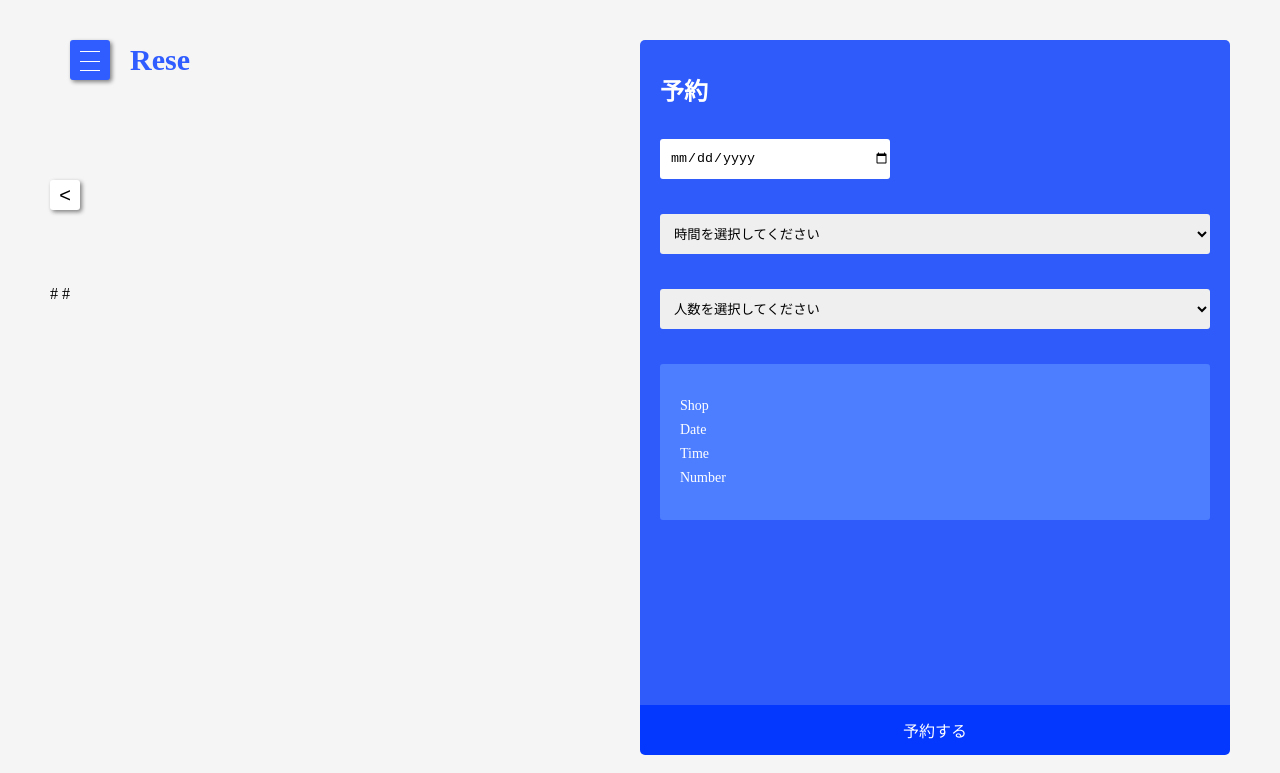
Repository: Haruka-Wada/Rese
Page: src/resources/views/shop_detail.blade.php
The author's editor kept a copy of each file at every save. The page is drawn from the files as they stood at one save, then again after the next save.
The browser window is 1280 px wide. The pictures show the whole page.
The page is served by the project's Laravel application, run on PHP 8.4 with Laravel 8. Other server files are loaded and not shown. The template is opened directly, without the code that normally fills it, so the values that code supplies are empty.

Above is the page before, as saved 2024-11-19 15:16:36.

### src/routes/web.php
<?php

use App\Http\Controllers\ReseController;
use Illuminate\Database\Console\Migrations\ResetCommand;
use Illuminate\Support\Facades\Route;
use SebastianBergmann\GlobalState\Restorer;

/*
|--------------------------------------------------------------------------
| Web Routes
|--------------------------------------------------------------------------
|
| Here is where you can register web routes for your application. These
| routes are loaded by the RouteServiceProvider within a group which
| contains the "web" middleware group. Now create something great!
|
*/

Route::get('/', [ReseController::class, 'index']);
Route::get('/detail/{shop_id?}', [ReseController::class, 'detail']);
Route::get('/search', [ReseController::class, 'search']);

Route::middleware(['verified'])->group(function(){
    Route::middleware('auth')->group(function () {
        Route::get('/thanks', [ReseController::class, 'thanks']);
        Route::get('/mypage', [ReseController::class, 'myPage']);
        Route::post('/favorite', [ReseController::class, 'favorite']);
        Route::post('/reservation', [ReseController::class, 'reservation']);
        Route::get('/done', [ReseController::class, 'done']);
        Route::delete('/delete',[ReseController::class, 'reservationDelete']);
        Route::get('/edit', [ReseController::class, 'reservationEdit']);
        Route::patch('/edit/update', [ReseController::class, 'reservationUpdate']);
    });
});

### src/resources/views/shop_detail.blade.php
@extends('layouts/app')

@section('css')
<link rel="stylesheet" href="{{ asset('css/shop_detail.css') }}">
@endsection

@section('main')
<div class="main__container">
    <div class="shop__container">
        <div class="shop__name-area">
            <button onclick="location.href='/'">&lt;</button>
            <h2>{{ $shop->name }}</h2>
        </div>
        <div class="shop__img">
            <img src="{{ $shop->image}}" alt="">
        </div>
        <div class="shop__tag">
            <span>#{{ $shop->area->name }}</span>
            <span>#{{ $shop->genre->name }}</span>
        </div>
        <div class="shop__outline">
            <p>{{ $shop->outline }}</p>
        </div>
    </div>
    <div class="reservation__container">
        <div class="reservation__wrap">
            <div class="reservation__title">
                <h2>予約</h2>
            </div>
            <form action="/reservation" method="post" id="reservation">
                @csrf
                <div class="reservation__form">
                    <input type="hidden" name="shop_id" value="{{ $shop->id }}">
                    <input type="date" name="date" class="reservation__date">
                    <div class="reservation__error">
                        @error('date')
                        {{ $message }}
                        @enderror
                    </div>
                    <select name="time" id="" class="reservation__time">
                        <option disabled selected>時間を選択してください</option>
                        <option value="17:00">17:00</option>
                        <option value="17:30">17:30</option>
                        <option value="18:00">18:00</option>
                        <option value="18:30">18:30</option>
                        <option value="19:00">19:00</option>
                        <option value="19:30">19:30</option>
                        <option value="20:00">20:00</option>
                        <option value="20:30">20:30</option>
                        <option value="21:00">21:00</option>
                        <option value="21:30">21:30</option>
                        <option value="22:00">22:00</option>
                        <option value="22:30">22:30</option>
                        <option value="23:00">23:00</option>
                    </select>
                    <div class="reservation__error">
                        @error('time')
                        {{ $message }}
                        @enderror
                    </div>
                    <select name="number" id="" class="reservation__number">
                        <option disabled selected>人数を選択してください</option>
                        @for($i = 1; $i < 51; $i++)
                            <option value="{{ $i }}">{{ $i }}人</option>
                            @endfor
                    </select>
                    <div class="reservation__error">
                        @error('number')
                        {{ $message }}
                        @enderror
                    </div>
                </div>
            </form>
            <div class="reservation__confirm">
                <dl class="reservation__confirm-list">
                    <dt class="reservation__confirm-item">Shop</dt>
                    <dd class="reservation__confirm-content">{{ $shop->name }}</dd>
                </dl>
                <dl class="reservation__confirm-list">
                    <dt class="reservation__confirm-item">Date</dt>
                    <dd class="reservation__confirm-content" id="date"></dd>
                </dl>
                <dl class="reservation__confirm-list">
                    <dt class="reservation__confirm-item">Time</dt>
                    <dd class="reservation__confirm-content" id="time"></dd>
                </dl>
                <dl class="reservation__confirm-list">
                    <dt class="reservation__confirm-item">Number</dt>
                    <dd class="reservation__confirm-content" id="number"></dd>
                </dl>
            </div>
        </div>
        <div class="reservation__button">
            <button form="reservation">予約する</button>
        </div>
    </div>

    <script type="text/javascript">
        $(function() {
            const date = $('#date');
            $('[name=date]').change(function() {
                const selectedDate = $('[name=date]').val();
                const formatDate = new Date(selectedDate);
                const year = formatDate.getFullYear();
                const month = formatDate.getMonth() + 1;
                const day = formatDate.getDate();
                date.text(year + "/" + month + "/" + day);
            })
        })

        $(function() {
            const time = $('#time');
            $('[name=time]').change(function() {
                const selectedTime = $('[name=time] option:selected').text();
                time.text(selectedTime);
            });
        });

        $(function() {
            const number = $('#number');
            $('[name=number]').change(function() {
                const selectedNumber = $('[name=number] option:selected').text();
                number.text(selectedNumber);
            })
        })
    </script>
    @endsection

### src/resources/views/layouts/app.blade.php
<!DOCTYPE html>
<html lang="ja">

<head>
    <meta charset="UTF-8">
    <meta name="viewport" content="width=device-width, initial-scale=1.0">
    <meta name="csrf-token" content="{{ csrf_token()}}">
    <title>Rese</title>
    <link rel="stylesheet" href="{{ asset('css/sanitize.css') }}">
    <link rel="stylesheet" href="{{ asset('css/app.css') }}">
    @yield('css')
    <script src="https://ajax.googleapis.com/ajax/libs/jquery/3.3.1/jquery.min.js"></script>
</head>

<body>

    <header>
        <div class="header__wrapper">
            <button class="header__nav" onclick="navFunc()"></button>
            <nav class="header__hamburger">
                <ul class="hamburger__menu">
                    <li><a href="/" class="hamburger__menu-link">HOME</a></li>
                    @if(Auth::check())
                    <li>
                        <form action="/logout" method="post">
                            @csrf
                            <button class="hamburger__menu-logout">Logout</button>
                        </form>
                    </li>
                    <li><a href="/mypage" class="hamburger__menu-link">Mypage</a></li>
                    @else
                    <li><a href="/register" class="hamburger__menu-link registration">Registration</a></li>
                    <li><a href="/login" class="hamburger__menu-link">Login</a></li>
                    @endif
                </ul>
            </nav>
            <h1 class="header__logo">Rese</h1>
            @yield('search')
        </div>
    </header>
    <main class="main">
        @yield('main')
    </ま>

    <script type="text/javascript">
        function navFunc() {
            document.querySelector('html').classList.toggle('open');
        }
    </script>
</body>

</html>

### src/public/css/sanitize.css
/*
html5doctor.com Reset Stylesheet
v1.6.1
Last Updated: 2010-09-17
Author: Richard Clark - http://richclarkdesign.com
Twitter: @rich_clark
*/

html,
body,
div,
span,
object,
iframe,
h1,
h2,
h3,
h4,
h5,
h6,
p,
blockquote,
pre,
abbr,
address,
cite,
code,
del,
dfn,
em,
img,
ins,
kbd,
q,
samp,
small,
strong,
sub,
sup,
var,
b,
i,
dl,
dt,
dd,
ol,
ul,
li,
fieldset,
form,
label,
legend,
table,
caption,
tbody,
tfoot,
thead,
tr,
th,
td,
article,
aside,
canvas,
details,
figcaption,
figure,
footer,
header,
hgroup,
menu,
nav,
section,
summary,
time,
mark,
audio,
video {
    margin: 0;
    padding: 0;
    border: 0;
    outline: 0;
    font-size: 100%;
    vertical-align: baseline;
    background: transparent;
}

body {
    line-height: 1;
}

article,
aside,
details,
figcaption,
figure,
footer,
header,
hgroup,
menu,
nav,
section {
    display: block;
}

nav ul {
    list-style: none;
}

blockquote,
q {
    quotes: none;
}

blockquote:before,
blockquote:after,
q:before,
q:after {
    content: '';
    content: none;
}

a {
    margin: 0;
    padding: 0;
    font-size: 100%;
    vertical-align: baseline;
    background: transparent;
}

/* change colours to suit your needs */
ins {
    background-color: #ff9;
    color: #000;
    text-decoration: none;
}

/* change colours to suit your needs */
mark {
    background-color: #ff9;
    color: #000;
    font-style: italic;
    font-weight: bold;
}

del {
    text-decoration: line-through;
}

abbr[title],
dfn[title] {
    border-bottom: 1px dotted;
    cursor: help;
}

table {
    border-collapse: collapse;
    border-spacing: 0;
}

/* change border colour to suit your needs */
hr {
    display: block;
    height: 1px;
    border: 0;
    border-top: 1px solid #cccccc;
    margin: 1em 0;
    padding: 0;
}

input,
select {
    vertical-align: middle;
}

### src/public/css/app.css
body {
    background-color: whitesmoke;
    width: 100vw;
}

.header__wrapper {
    width: 90%;
    height: 60px;
    margin: 0 auto;
    display: flex;
    justify-content: space-between;
    align-items: center;
    padding: 30px 60px;
    position: fixed;
    z-index: 10;
    background-color: whitesmoke;
}

.header__nav {
    padding: 10px;
    margin: 10px;
    border: none;
    outline: none;
    background: none;
    width: 40px;
    height: 40px;
    cursor: pointer;
    background-color: #305DFF;
    box-shadow: 2px 2px 4px gray;
    border-radius: 3px;
    color: white;
}

.header__nav::before {
    content: '';
    display: block;
    height: 1px;
    background-color: currentColor;
    transform: translateY(-8px);
    transition: 0.3s ease-in-out;
    box-shadow: 0 10px currentColor;
}

.header__nav::after {
    content: '';
    display: block;
    height: 1px;
    background-color: currentColor;
    transform: translateY(10px);
    transition: 0.3s ease-in-out;
}

.open .header__nav {
    z-index: 1000;
}

.open .header__nav::before {
    transform: rotate(-45deg);
    box-shadow: none;
}

.open .header__nav::after {
    transform: rotate(45deg);
    box-shadow: none;
}

.header__logo {
    color: #305DFF;
    font-size: 30px;
    position: fixed;
    left: 130px;
    transition: 0.5s;
}

.header__hamburger {
    display: flex;
    justify-content: center;
    align-items: center;
    position: absolute;
    width: 0;
    height: 0;
    top: 45px;
    left: 55px;
    overflow: hidden;
    color: transparent;
    transition: 0.5s ease-in-out;
}

.open .header__hamburger {
    top: 0;
    left: 0;
    width: 100vw;
    height: 100vh;
    background-color: white;
    z-index: 100;
}

.hamburger__menu {
    padding: 10% 0;
}

.hamburger__menu li {
    text-align: center;
    list-style: none;
    line-height: 300%;
}

.hamburger__menu-link {
    color: #305DFF;
    font-size: 25px;
    text-decoration: none;
    font-weight: 550;
}

.hamburger__menu-logout {
    border: none;
    outline: none;
    background-color: white;
    color: #305DFF;
    font-size: 25px;
    margin: 20px;
}

.registration {
    display: inline-block;
    margin: 20px;
}

.main {
    padding-top: 130px;
}

@media screen and (max-width: 768px) {
    .header__wrapper {
        padding: 30px;
    }

    .header__logo {
        left: 100px;
    }

    .main {
        padding-top: 120px;
    }
}

### src/public/css/shop_detail.css
.header__wrapper {
    width: 30%;
}

.main {
    padding: 0;
}

.main__container {
    display: grid;
    grid-template-rows: 130px 1fr;
    grid-template-columns: 50% 1fr;
}

.shop__container {
    grid-row: 2/3;
    grid-column: 1/2;
    width: 80%;
    margin: 50px;
}

.shop__name-area {
    display: flex;
    align-items: center;
    padding-bottom: 30px;
}

.shop__name-area button {
    width: 30px;
    height: 30px;
    font-size: 20px;
    background-color: white;
    border: none;
    border-radius: 3px;
    box-shadow: 2px 2px 4px gray;
}

.shop__name-area h2 {
    padding-left: 20px;
    font-size: 30px;
}
.shop__img {
    width: 100%;
}

.shop__img img{
    width: 100%;
}

.shop__tag {
    padding: 30px 0;
}

.shop__outline {
    line-height: 1.3;
}

.reservation__container {
    width: 100%;
    height: 90%;
    grid-row: 1/3;
    grid-column: 2/3;
    padding: 40px 0;
}

.reservation__wrap {
    height: 70%;
    background-color: #2F5BFB;
    border-radius: 5px 5px 0 0;
    padding: 20px 20px 160px;
    margin-right: 50px;
}

.reservation__title {
    color: white;
    padding: 20px 0;
    font-size: 24px;
}

.reservation__date {
    width: 40%;
    height: 40px;
    border: none;
    border-radius: 3px;
    padding-left: 10px;
    margin: 15px 0;
}

.reservation__time, .reservation__number{
    width: 100%;
    height: 40px;
    border: none;
    border-radius: 3px;
    padding-left: 10px;
    margin-bottom: 15px;
}

.reservation__confirm {
    background-color: #4D7EFF;
    border-radius: 3px;
    color: white;
    padding: 30px 20px;
}

.reservation__confirm-list {
    font-size: 14px;
    display: flex;
    padding: 5px 0;
}

.reservation__confirm-item {
    width: 25%;
}

.reservation__confirm-content {
    width: 75%;
}
.reservation__button {
    height: 50px;
    display: flex;
    align-items: center;
    margin-right: 50px;
    border-radius: 0 0 5px 5px;
    text-align: center;
}

.reservation__button button {
    width: 100%;
    height: 100%;
    font-size: 16px;
    border: none;
    border-radius: 0 0 5px 5px;
    background-color: #0438FF;
    color: white;
}

.reservation__error {
    color:  white;
    font-size: 14px;
    margin-bottom: 20px;
}

@media screen and (max-width:768px) {
    .header__wrapper {
        width: 100%;
    }

    .main__container {
        display: block;
        padding: 0 30px;
    }

    .shop__container {
        width: 100%;
    }

    .reservation__container {
        width: 100%;
        left: 0px;
        margin-top: 30px;
    }

    .reservation__wrap {
        height: auto;
        margin: 0 30px;
    }

    .reservation__date {
        width: 95%;
    }

    .reservation__button {
        margin: 0 30px;
    }
}

After the next save:
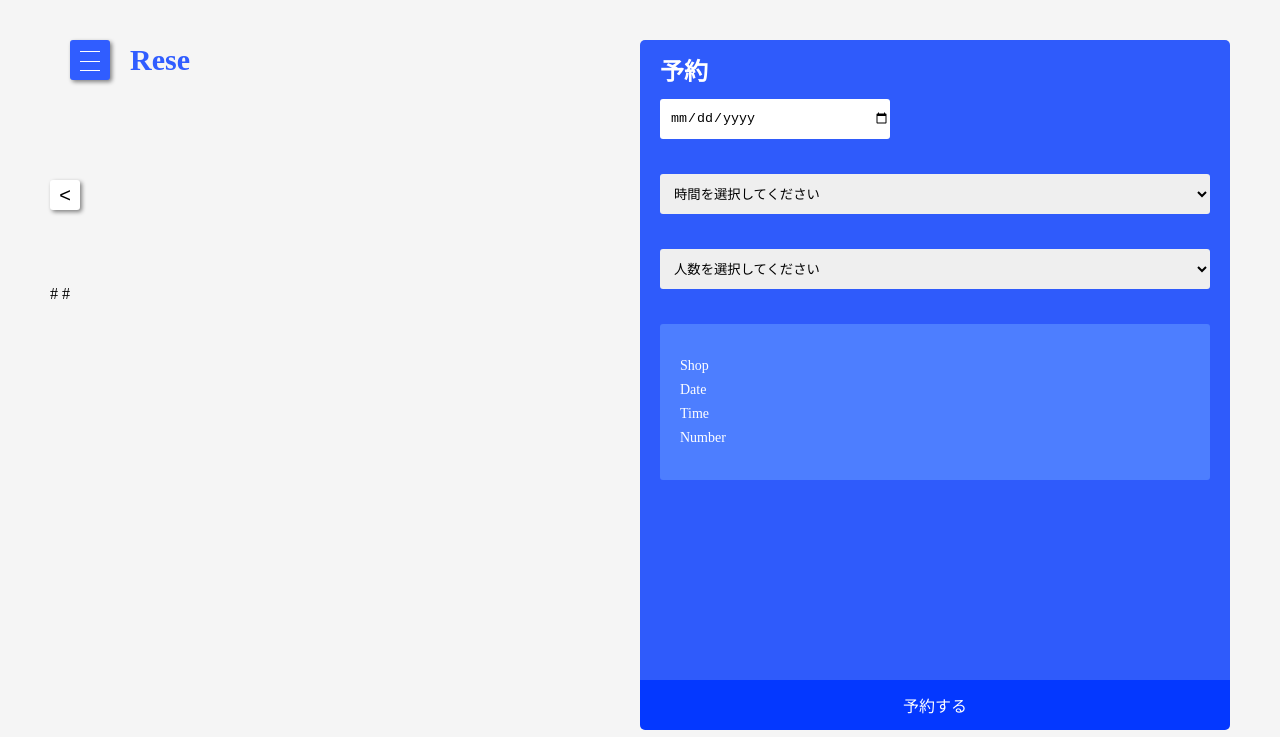
Saved 108 s later.
--- a/src/public/css/shop_detail.css
+++ b/src/public/css/shop_detail.css
@@ -73,7 +73,7 @@
 
 .reservation__title {
     color: white;
-    padding: 20px 0;
+    padding: 20px 10;
     font-size: 24px;
 }
 

After the save that followed:
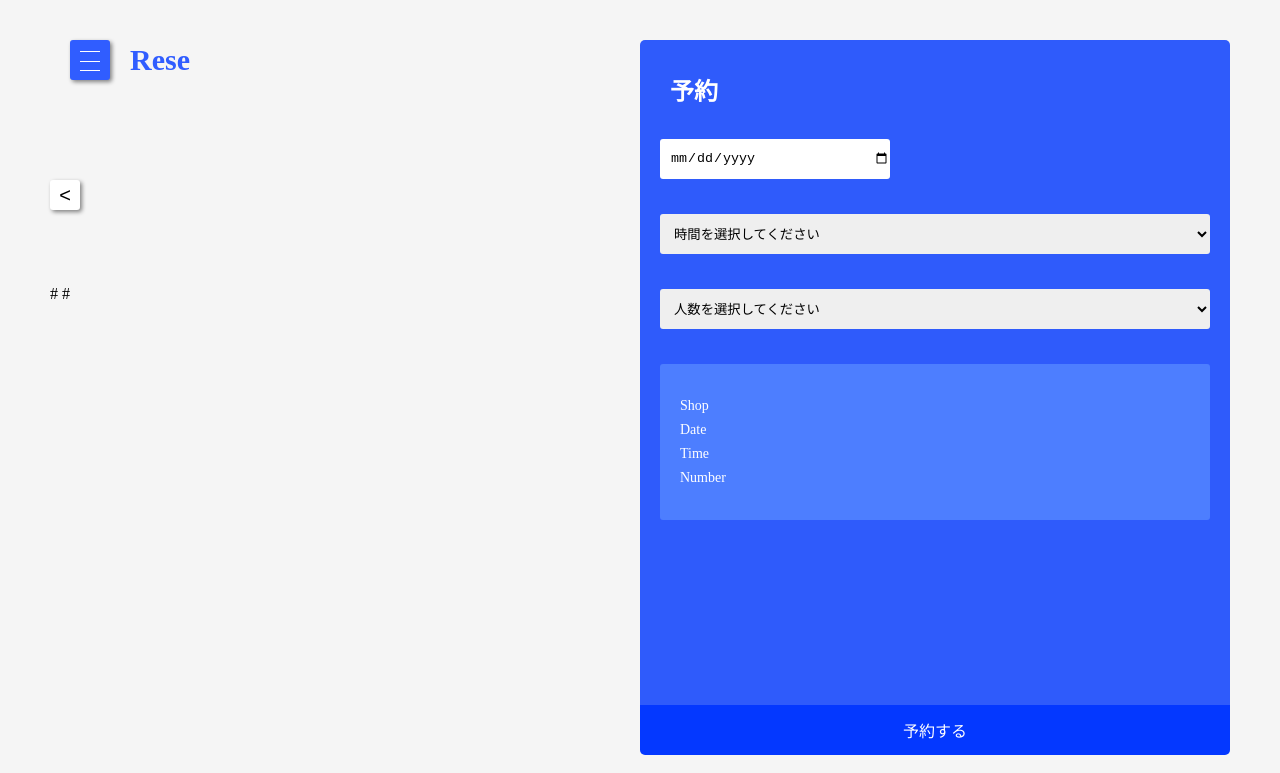
Saved 4 s later.
--- a/src/public/css/shop_detail.css
+++ b/src/public/css/shop_detail.css
@@ -73,7 +73,7 @@
 
 .reservation__title {
     color: white;
-    padding: 20px 10;
+    padding: 20px 10px;
     font-size: 24px;
 }
 
